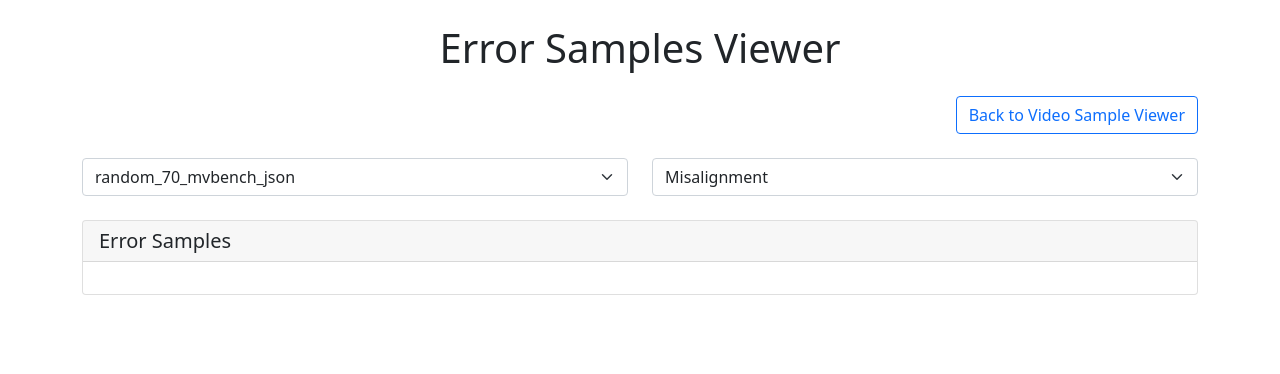
Repository: Baiqi-Li/video_benchmark_viewer
Page: http://localhost/error_samples
The author's editor kept a copy of each file at every save. The page is drawn from the files as they stood at one save, then again after the next save.
The browser window is 1280 px wide. The pictures show the whole page.
The page is served by the project's application, run on Flask 3 (app.py).

Above is the page before, as saved 2025-05-04 17:47:42.

After the next save:
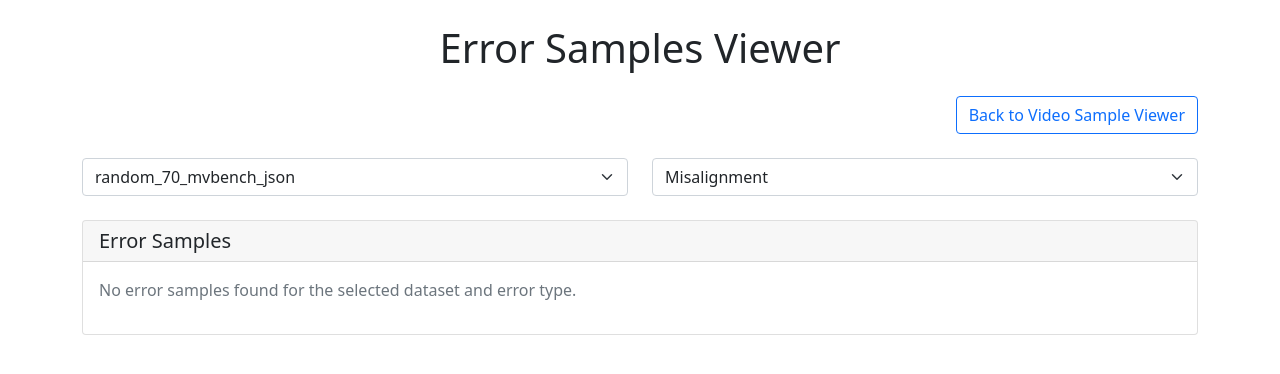
Saved 50 s later.
--- a/templates/error_samples.html
+++ b/templates/error_samples.html
@@ -117,7 +117,8 @@
         });
 
         function loadErrorSamples() {
-            if (!currentDataset || !currentErrorType) return;
+            const dataset = document.getElementById('datasetSelect').value;
+            const errorType = document.getElementById('errorTypeSelect').value;
 
             fetch('/get_error_samples', {
                 method: 'POST',
@@ -125,80 +126,57 @@
                     'Content-Type': 'application/json',
                 },
                 body: JSON.stringify({
-                    dataset: currentDataset,
-                    error_type: currentErrorType
+                    dataset: dataset,
+                    error_type: errorType
                 })
             })
             .then(response => response.json())
             .then(data => {
-                errorSamples = data.samples;
-                displayErrorSamples();
+                const container = document.getElementById('errorSamplesList');
+                container.innerHTML = '';
+
+                if (data.samples && data.samples.length > 0) {
+                    data.samples.forEach((sample, index) => {
+                        const card = document.createElement('div');
+                        card.className = 'card mb-3';
+                        card.innerHTML = `
+                            <div class="card-header">
+                                <h5 class="mb-0">Sample ${index + 1}</h5>
+                            </div>
+                            <div class="card-body">
+                                <div class="mb-3">
+                                    <span class="badge bg-secondary">Sample Index: ${sample.original_index || index}</span>
+                                </div>
+                                <h6>Question</h6>
+                                <p>${sample.question || 'No question available'}</p>
+                                <h6>Options</h6>
+                                <ul class="options-list">
+                                    ${Array.isArray(sample.options)
+                                        ? sample.options.map(option => `<li>${option}</li>`).join('')
+                                        : (typeof sample.options === 'string' && sample.options.includes('\n')
+                                            ? sample.options.split('\n').map(option => `<li>${option.trim()}</li>`).join('')
+                                            : `<li>${sample.options || 'No options available'}</li>`)}
+                                </ul>
+                                <h6>Answer</h6>
+                                <p>${sample.answer || 'No answer available'}</p>
+                                <div class="text-center">
+                                    <video controls style="max-width: 100%;">
+                                        <source src="${sample.video_url}" type="video/mp4">
+                                        Your browser does not support the video tag.
+                                    </video>
+                                </div>
+                            </div>
+                        `;
+                        container.appendChild(card);
+                    });
+                } else {
+                    container.innerHTML = '<p class="text-muted">No error samples found for the selected dataset and error type.</p>';
+                }
             })
             .catch(error => {
                 console.error('Error:', error);
                 alert('Error loading error samples');
             });
-        }
-
-        function displayErrorSamples() {
-            const listContainer = document.getElementById('errorSamplesList');
-            listContainer.innerHTML = '';
-
-            errorSamples.forEach((sample, index) => {
-                const listItem = document.createElement('a');
-                listItem.href = '#';
-                listItem.className = 'list-group-item list-group-item-action';
-                listItem.innerHTML = `
-                    <div class="d-flex w-100 justify-content-between">
-                        <h5 class="mb-1">Sample ${index + 1}</h5>
-                        <small>ID: ${sample.id}</small>
-                    </div>
-                    <p class="mb-1">${sample.question || 'No question available'}</p>
-                `;
-                listItem.addEventListener('click', () => displaySample(sample));
-                listContainer.appendChild(listItem);
-            });
-        }
-
-        function displaySample(sample) {
-            // 显示视频容器和样本信息
-            document.querySelector('.video-container').style.display = 'block';
-            document.querySelector('.sample-info').style.display = 'block';
-
-            // 更新视频
-            const videoPlayer = document.getElementById('videoPlayer');
-            if (sample.video_url) {
-                videoPlayer.src = sample.video_url;
-                videoPlayer.load();
-            }
-
-            // 更新问题
-            document.getElementById('question').textContent = sample.question || 'No question available';
-
-            // 更新选项
-            const optionsList = document.getElementById('options');
-            optionsList.innerHTML = '';
-            if (sample.options) {
-                if (typeof sample.options === 'string' && sample.options.includes('\n')) {
-                    const options = sample.options.split('\n');
-                    options.forEach(option => {
-                        if (option.trim()) {
-                            const li = document.createElement('li');
-                            li.textContent = option.trim();
-                            optionsList.appendChild(li);
-                        }
-                    });
-                } else if (Array.isArray(sample.options)) {
-                    sample.options.forEach(option => {
-                        const li = document.createElement('li');
-                        li.textContent = option;
-                        optionsList.appendChild(li);
-                    });
-                }
-            }
-
-            // 更新答案
-            document.getElementById('answer').textContent = sample.answer || 'No answer available';
         }
 
         // 初始化

After the save that followed:
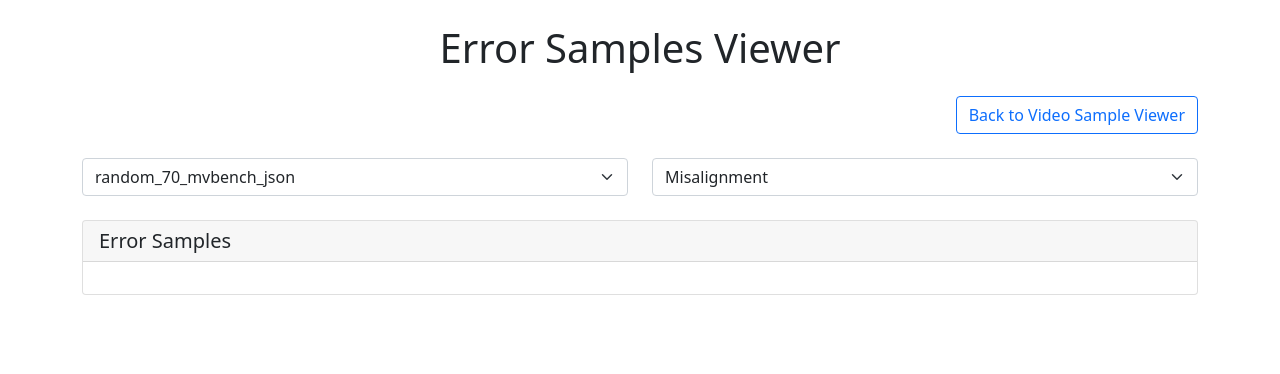
Saved 61 s later.
--- a/templates/error_samples.html
+++ b/templates/error_samples.html
@@ -117,8 +117,7 @@
         });
 
         function loadErrorSamples() {
-            const dataset = document.getElementById('datasetSelect').value;
-            const errorType = document.getElementById('errorTypeSelect').value;
+            if (!currentDataset || !currentErrorType) return;
 
             fetch('/get_error_samples', {
                 method: 'POST',
@@ -126,57 +125,80 @@
                     'Content-Type': 'application/json',
                 },
                 body: JSON.stringify({
-                    dataset: dataset,
-                    error_type: errorType
+                    dataset: currentDataset,
+                    error_type: currentErrorType
                 })
             })
             .then(response => response.json())
             .then(data => {
-                const container = document.getElementById('errorSamplesList');
-                container.innerHTML = '';
-
-                if (data.samples && data.samples.length > 0) {
-                    data.samples.forEach((sample, index) => {
-                        const card = document.createElement('div');
-                        card.className = 'card mb-3';
-                        card.innerHTML = `
-                            <div class="card-header">
-                                <h5 class="mb-0">Sample ${index + 1}</h5>
-                            </div>
-                            <div class="card-body">
-                                <div class="mb-3">
-                                    <span class="badge bg-secondary">Sample Index: ${sample.original_index || index}</span>
-                                </div>
-                                <h6>Question</h6>
-                                <p>${sample.question || 'No question available'}</p>
-                                <h6>Options</h6>
-                                <ul class="options-list">
-                                    ${Array.isArray(sample.options)
-                                        ? sample.options.map(option => `<li>${option}</li>`).join('')
-                                        : (typeof sample.options === 'string' && sample.options.includes('\n')
-                                            ? sample.options.split('\n').map(option => `<li>${option.trim()}</li>`).join('')
-                                            : `<li>${sample.options || 'No options available'}</li>`)}
-                                </ul>
-                                <h6>Answer</h6>
-                                <p>${sample.answer || 'No answer available'}</p>
-                                <div class="text-center">
-                                    <video controls style="max-width: 100%;">
-                                        <source src="${sample.video_url}" type="video/mp4">
-                                        Your browser does not support the video tag.
-                                    </video>
-                                </div>
-                            </div>
-                        `;
-                        container.appendChild(card);
-                    });
-                } else {
-                    container.innerHTML = '<p class="text-muted">No error samples found for the selected dataset and error type.</p>';
-                }
+                errorSamples = data.samples;
+                displayErrorSamples();
             })
             .catch(error => {
                 console.error('Error:', error);
                 alert('Error loading error samples');
             });
+        }
+
+        function displayErrorSamples() {
+            const listContainer = document.getElementById('errorSamplesList');
+            listContainer.innerHTML = '';
+
+            errorSamples.forEach((sample, index) => {
+                const listItem = document.createElement('a');
+                listItem.href = '#';
+                listItem.className = 'list-group-item list-group-item-action';
+                listItem.innerHTML = `
+                    <div class="d-flex w-100 justify-content-between">
+                        <h5 class="mb-1">Sample ${index + 1}</h5>
+                        <small>ID: ${sample.id}</small>
+                    </div>
+                    <p class="mb-1">${sample.question || 'No question available'}</p>
+                `;
+                listItem.addEventListener('click', () => displaySample(sample));
+                listContainer.appendChild(listItem);
+            });
+        }
+
+        function displaySample(sample) {
+            // 显示视频容器和样本信息
+            document.querySelector('.video-container').style.display = 'block';
+            document.querySelector('.sample-info').style.display = 'block';
+
+            // 更新视频
+            const videoPlayer = document.getElementById('videoPlayer');
+            if (sample.video_url) {
+                videoPlayer.src = sample.video_url;
+                videoPlayer.load();
+            }
+
+            // 更新问题
+            document.getElementById('question').textContent = sample.question || 'No question available';
+
+            // 更新选项
+            const optionsList = document.getElementById('options');
+            optionsList.innerHTML = '';
+            if (sample.options) {
+                if (typeof sample.options === 'string' && sample.options.includes('\n')) {
+                    const options = sample.options.split('\n');
+                    options.forEach(option => {
+                        if (option.trim()) {
+                            const li = document.createElement('li');
+                            li.textContent = option.trim();
+                            optionsList.appendChild(li);
+                        }
+                    });
+                } else if (Array.isArray(sample.options)) {
+                    sample.options.forEach(option => {
+                        const li = document.createElement('li');
+                        li.textContent = option;
+                        optionsList.appendChild(li);
+                    });
+                }
+            }
+
+            // 更新答案
+            document.getElementById('answer').textContent = sample.answer || 'No answer available';
         }
 
         // 初始化
